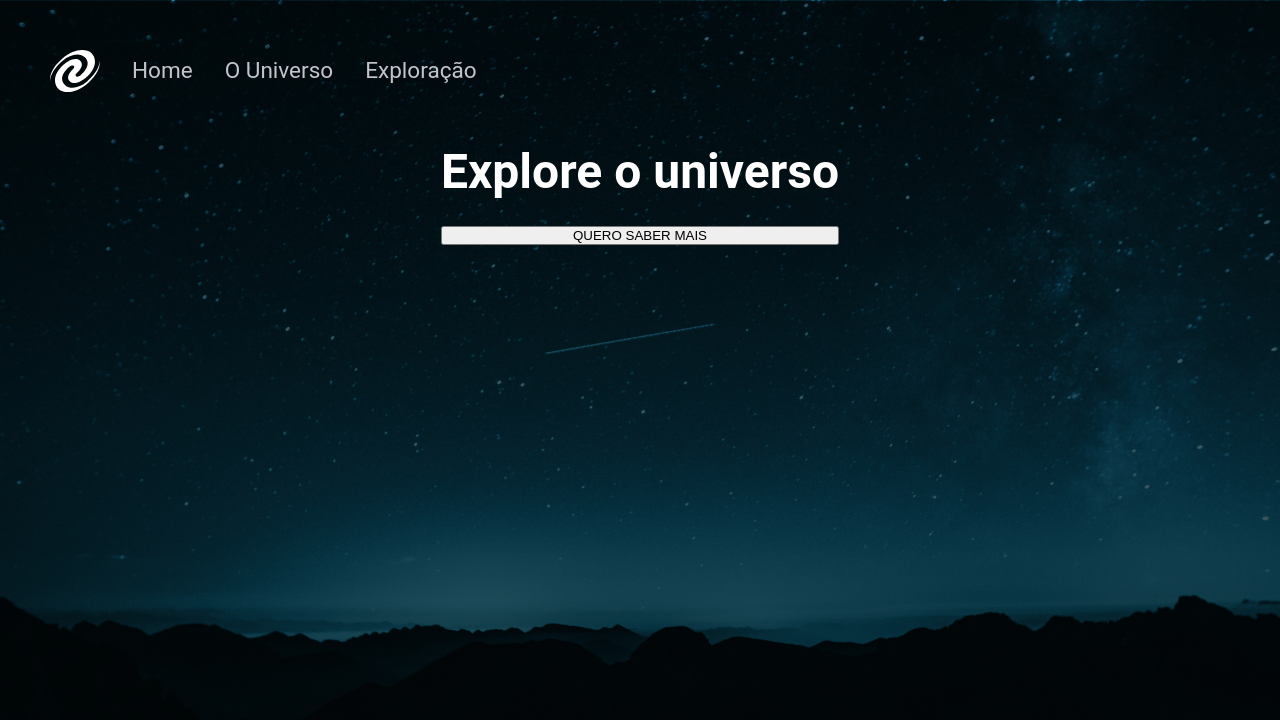
Repository: eltonneiferson/spaUniverse
Page: index.html
These files come from the project's save history. The page is drawn as it stood at one moment and after a run of saves; the edit follows.
The browser window is 1280 px wide. The pictures show the whole page.

Above is the page before, as saved 2022-10-26 22:27:52.

### index.html
<!DOCTYPE html>
<html lang="pt-br">

<head>
    <meta charset="UTF-8" />
    <meta http-equiv="X-UA-Compatible" content="IE=edge" />
    <meta name="viewport" content="width=device-width, initial-scale=1.0" />
    <meta name="author" content="Elton Neiferson" />
    <title>Universe</title>

    <link rel="stylesheet" href="stylle.css">
    <link rel="preconnect" href="https://fonts.googleapis.com">
    <link rel="preconnect" href="https://fonts.gstatic.com" crossorigin>
    <link href="https://fonts.googleapis.com/css2?family=Roboto:wght@400;700&display=swap">
</head>

<body>
    <nav>
        <svg width="50" height="42" viewBox="0 0 50 42" fill="none" xmlns="http://www.w3.org/2000/svg">
            <path d="M31.5423 0.00979035C26.1727 0.174742 19.3604 2.47181 12.1375 8.73785C-2.6197 21.4919 0.219149 31.6427 0.219149 31.6427C0.219149 31.6427 -1.31407 22.7633 12.6765 10.655C19.9593 4.35869 28.9789 2.29019 34.5368 6.97206C39.5198 11.1696 38.7771 18.2731 30.3445 25.5381C27.0864 28.1212 23.6007 25.8307 27.0504 22.7633C27.4347 22.4396 27.7717 22.1194 28.0686 21.8047C31.2762 18.6232 33.7461 13.7222 29.9252 10.5036C25.3256 6.46755 17.5038 11.1696 14.054 14.237C3.12987 23.7622 2.8903 33.9231 9.02317 39.4122C13.2395 42.964 24.7506 44.3867 37.5913 33.4085C52.3485 20.6544 49.5097 10.5036 49.5097 10.5036C49.5097 10.5036 51.0429 19.3831 37.0523 31.4914C29.7695 37.7877 20.7499 39.9066 15.192 35.2248C10.209 31.0272 10.9517 23.9237 19.3844 16.6587C22.8341 13.9142 26.3078 16.1643 22.858 19.2317C22.4738 19.5554 22.1368 19.8756 21.8399 20.1903C18.6323 23.3718 16.1624 28.2728 19.9833 31.4914C24.5829 35.5275 32.2131 30.664 35.8545 27.758C46.9703 18.2328 47.0182 8.0719 40.8853 2.5828C39.0407 1.02891 35.7186 -0.118506 31.5423 0.00979035Z" fill="white" />
        </svg>
        <a href="/">Home</a>
        <a href="/universe.html">O Universo</a>
        <a href="/exploration.html">Exploração</a>
    </nav>
    <main>
        <h1>Explore o universo</h1>
        <button>QUERO SABER MAIS</button>
    </main>
</body>

</html>

### stylle.css
* {
    margin: 0;
    padding: 0;
    box-sizing: border-box;
    text-decoration: none;
}

:root {
    --default-font-color: white;
    --font-color-link: #C4C4CC;
    --font-color-h1: #E1E1E6;
    --default-font: 'Roboto', sans-serif;
}

body {
    min-height: 100vh;
    background-image: url(bkg1.png);
    background-position: bottom;
    background-size: cover;
    color: var(--default-font-color);
    font-family: var(--default-font);
}

nav {
    padding: 50px;
    display: flex;
    gap: 2rem;
    align-items: center;
}

nav a {
    color: var(--font-color-link);
    line-height: 1.37rem;
    font-size: 1.41rem;
}

nav a:hover {
    color: var(--default-font-color);
    font-weight: bold;
}

main {
    display: grid;
    gap: 24px;
    place-content: center;
}

main h1 {
    color: ;
    font-size: 48px;
    line-height: 125%;
}

After the next 2 saves:
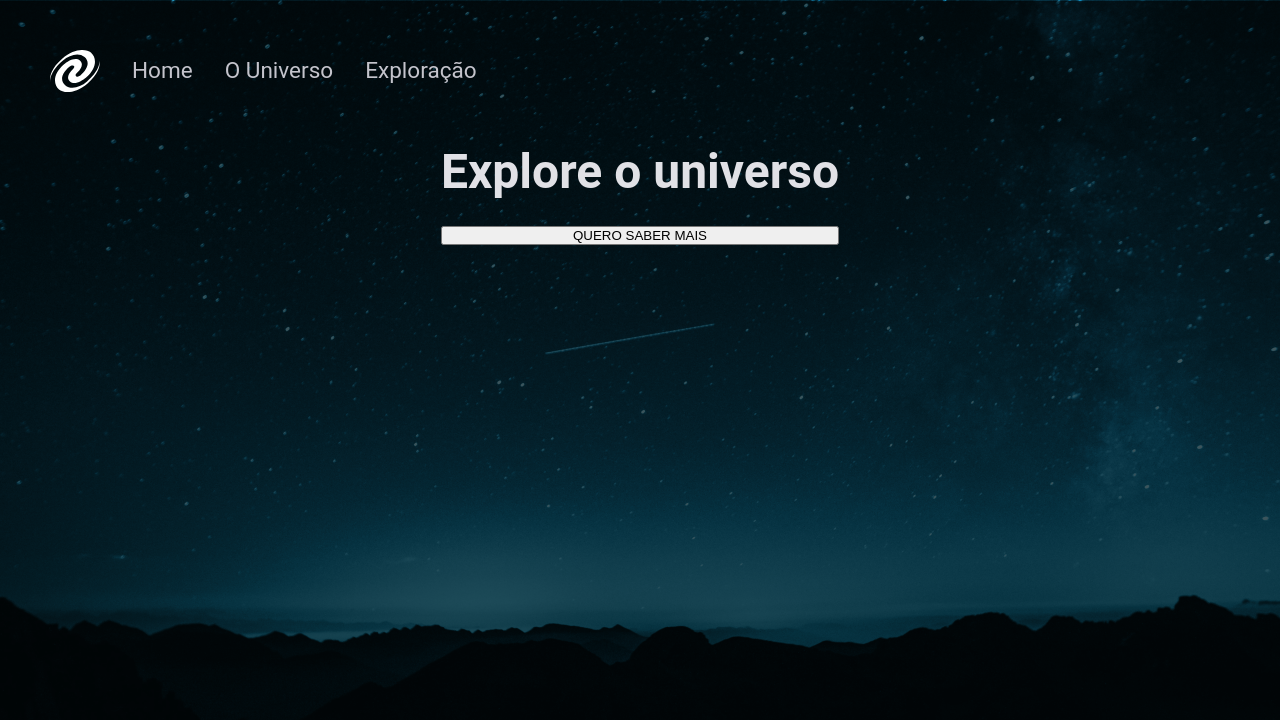
The 2 saves are shown as one change because they came seconds apart.
The last was saved 13 s later.
--- a/stylle.css
+++ b/stylle.css
@@ -46,7 +46,7 @@ main {
 }
 
 main h1 {
-    color: ;
+    color: var(--font-color-h1);
     font-size: 48px;
     line-height: 125%;
 }
